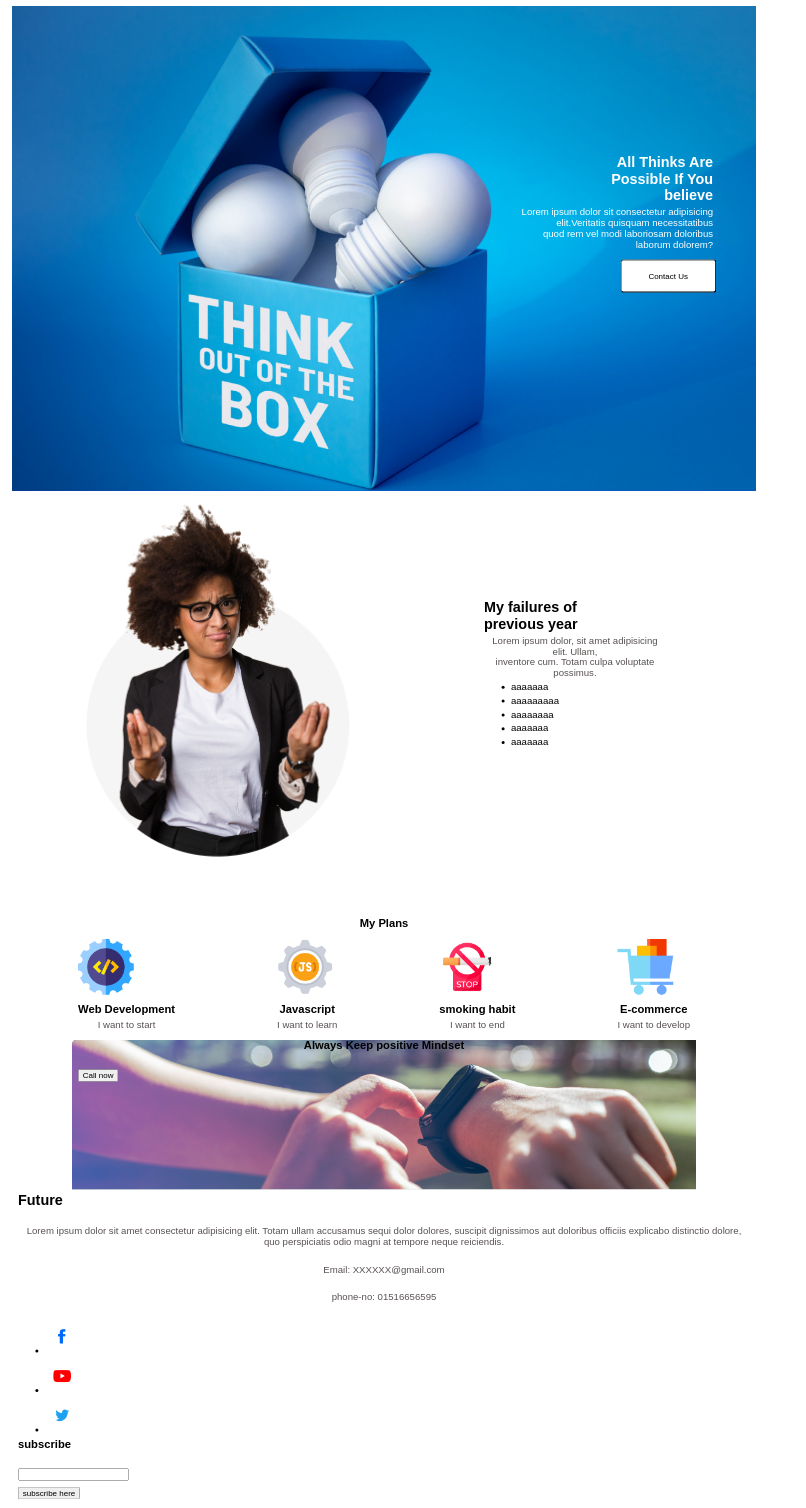
Repository: sadiaafsana138/All-Thinks-Are-Possible-Website
Page: index.html
The author's editor kept a copy of each file at every save. The page is drawn from the files as they stood at one save, then again after the next save.
The browser window is 1280 px wide. The page is 1344 px wide, so the pictures cover 1344 px, including what lies to the right of the window. The pictures show the whole page, at 60% of full size.

Above is the page before, as saved 2023-01-08 11:33:20.

### index.html
<!DOCTYPE html>
<html lang="en">

<head>
    <meta charset="UTF-8">
    <meta http-equiv="X-UA-Compatible" content="IE=edge">
    <meta name="viewport" content="width=device-width, initial-scale=1.0">
    <title>First Website</title>
    <link rel="stylesheet" href="styles/web.css">
</head>

<body>
    <!-- header -->
    <header>
        <section class="section1">
            <div>
                <h1 id="head-text1">
                    All Thinks Are<br>Possible If You<br>believe
                </h1>
                <p id="head-text2" >Lorem ipsum dolor sit consectetur adipisicing<br>elit.Veritatis quisquam necessitatibus <br>quod rem vel modi laboriosam doloribus<br>laborum dolorem?
                </p>
                <button id="button1">
                    Contact Us
                </button>
            </div>
        </section>
    </header>
    <main>
        <!--second section-->
        <section class="section2">
            <div id="sec2details">
                <img id="sec2img" src="images/person.png" alt="person">
                <div id="sec2text">
                    <h2>
                        My failures of <br>
                        previous year
                    </h2>
                    <p>
                        Lorem ipsum dolor, sit amet adipisicing
                        elit. Ullam,<br> inventore cum. Totam culpa voluptate possimus.
                    </p>
                    <ul>
                        <li>aaaaaaa</li>
                        <li>aaaaaaaaa</li>
                        <li>aaaaaaaa</li>
                        <li>aaaaaaa</li>
                        <li>aaaaaaa</li>
                    </ul>
                </div>
            </div>
        </section>

        <!--section 3-->
        <section class="section3">
            <h3>
                My Plans
            </h3>
            <div id="sec3details" >

                <div>
                    <img src="images/icons/web.png" alt="" class="center"><br>
                    <H3>Web Development</H3>
                    <p>I want to start</p>
                </div>
                <div>
                    <img src="images/icons/js.png" alt="" class="center"><br>
                    <H3>Javascript</H3>
                    <p>I want to learn</p>
                </div>
                <div>
                    <img src="images/icons/smoke.png" alt="" class="center"><br>
                    <H3>smoking habit</H3>
                    <p>I want to end</p>
                </div>
                <div>
                    <img src="images/icons/ecom.png" alt="" class="center"><br>
                    <H3>E-commerce</H3>
                    <p>I want to develop</p>
                </div>
            </div>
            <div id="mindset">

                <div id="mindsetxt">
                    <h3 >Always Keep positive Mindset</h3><br>
                    <button id="button2">Call now</button>
                </div>
            </div>
        </section>

    </main>
    <footer>
        <Section>
            <div>
                <h2>Future</h2><br>
                <p>Lorem ipsum dolor sit amet consectetur adipisicing elit. Totam ullam accusamus sequi dolor dolores,
                    suscipit dignissimos aut doloribus officiis explicabo distinctio dolore, quo perspiciatis odio magni
                    at tempore neque reiciendis.
                </p><br>
                <p>Email: XXXXXX@gmail.com</p><br>
                <P>phone-no: 01516656595</P><br>
                <ul>
                    <li><img src="images/icons/fb.png" alt=""></li>
                    <li><img src="images/icons/youtube.png" alt=""></li>
                    <li><img src="images/icons/twitter.png" alt=""></li>
                </ul>
            </div>
            <div>
                <h3>subscribe</h3><br>
                <input type="email" plavceholder="Enter Your Email"><br>
                <button>subscribe here</button>
            </div>
        </Section>
    </footer>
</body>

</html>

### styles/web.css
*{
margin: 5px 5px ;
font-family: Arial, Helvetica, sans-serif;
}
.section1{
    background-image:url(../images/banner/banner3.png);
    height: 808px;
    width:cover;
    background-repeat: no-repeat;
    background-color: blue;

}
#head-text1{
    color: white;
    padding-left: 50% ;
    padding-right:5%;
    padding-top: 20%;
    text-align: right;
    Font-style: Bold;
}
#head-text2{
    color: white;
    padding-left: 50% ;
    padding-right:5%;
    text-align: right;
}
#button1{
    margin-top: 10px;
    width: 160px;
    height: 56px;
    left: 640px;
    top: 438px;
    text-align: center;
    align-items: right;
    background: white;
    border-radius: 5px;
    margin-right: 150px;
    margin-left: 82%;
    align-content: right;
}
#sec2details{
    display: flex;
    width: 1000px;
    height: 700px;
    margin-left: 100px;
    margin-right: 100px;
}
#sec2img{
    align-items: center;

    margin-bottom:20%;
    height: 600px;
    width: 500px;
}
#sec2text{
        text-align: justify;
        margin-left: 20%;
        margin-top: 17%;
        margin-bottom: 20%;
}
.section3 h3,p{
   text-align: center;
}
p{
    color:rgb(88, 81, 81)
}
#sec3details{
    display: flex;
    justify-content: space-between;
    margin-left: 100px;
    margin-right: 100px;
}
#mindset{
    margin-left: 100px;
    margin-right: 100px;
    background-image: url(../images/gradient1.png) ,url(../images/watch.png);
    background-repeat: no-repeat, repeat;
    background-blend-mode: lighten;
    height: 250px;
}

After the next save:
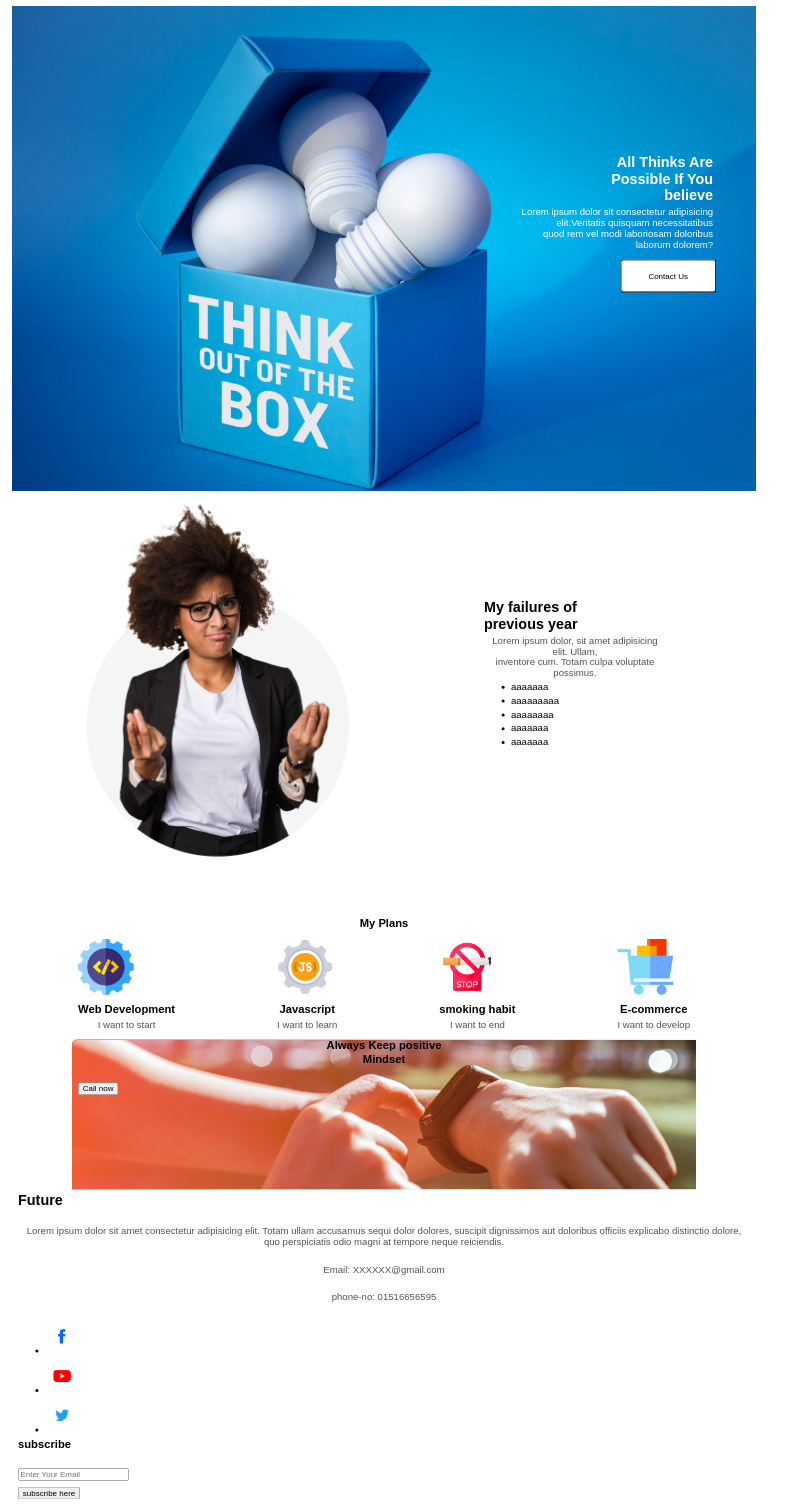
Saved 2 min 0 s later.
--- a/index.html
+++ b/index.html
@@ -81,7 +81,8 @@
             <div id="mindset">
 
                 <div id="mindsetxt">
-                    <h3 >Always Keep positive Mindset</h3><br>
+                    <h3 >Always Keep positive
+                        <br>Mindset</h3><br>
                     <button id="button2">Call now</button>
                 </div>
             </div>
@@ -106,7 +107,7 @@
             </div>
             <div>
                 <h3>subscribe</h3><br>
-                <input type="email" plavceholder="Enter Your Email"><br>
+                <input type="email" placeholder="Enter Your Email"><br>
                 <button>subscribe here</button>
             </div>
         </Section>
--- a/styles/web.css
+++ b/styles/web.css
@@ -73,7 +73,7 @@
 #mindset{
     margin-left: 100px;
     margin-right: 100px;
-    background-image: url(../images/gradient1.png) ,url(../images/watch.png);
+    background-image: url(../images/gradient3.png) ,url(../images/watch.png);
     background-repeat: no-repeat, repeat;
     background-blend-mode: lighten;
     height: 250px;

After the save that followed:
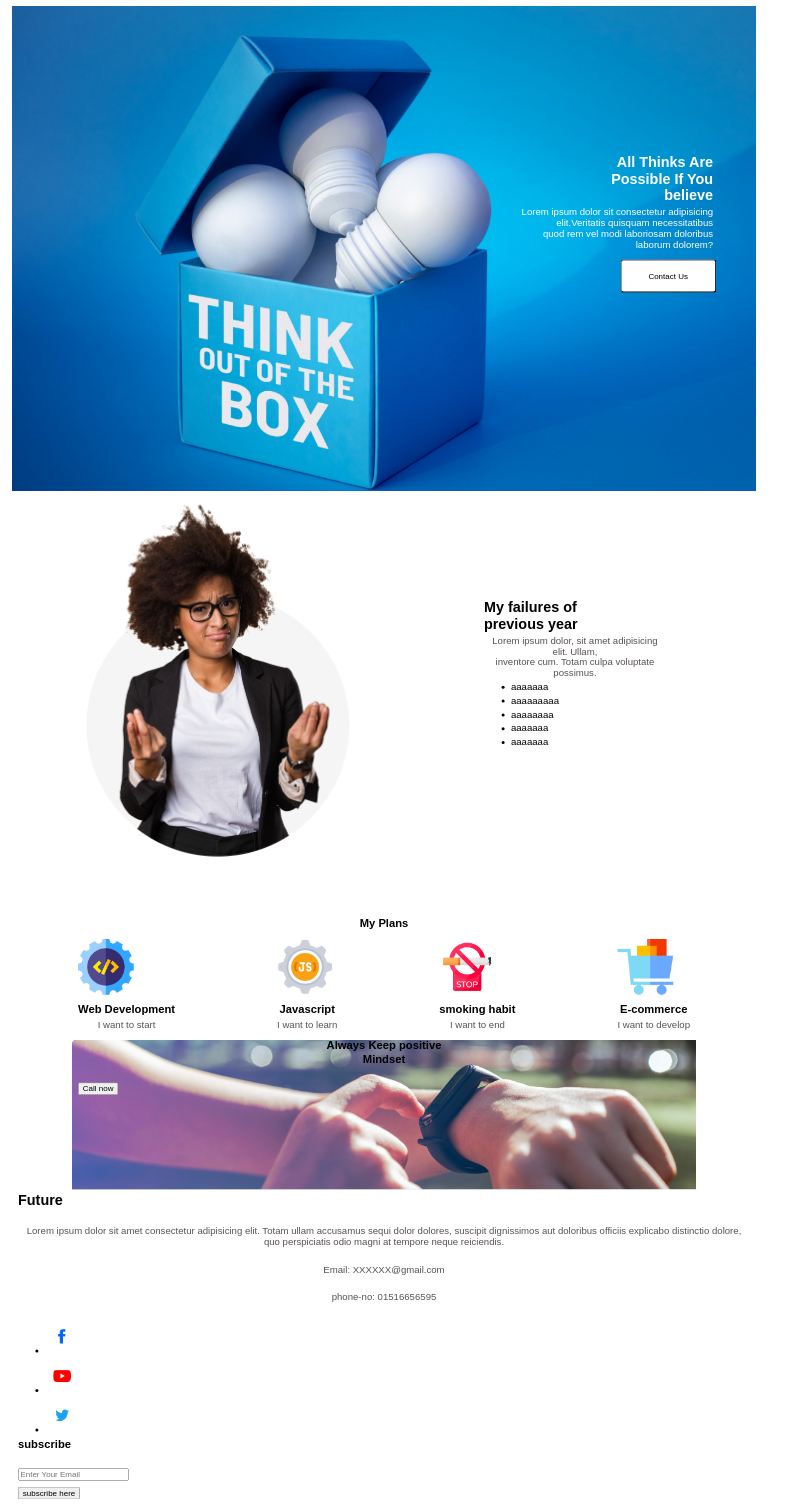
Saved 2 min 54 s later.
--- a/styles/web.css
+++ b/styles/web.css
@@ -73,8 +73,11 @@
 #mindset{
     margin-left: 100px;
     margin-right: 100px;
-    background-image: url(../images/gradient3.png) ,url(../images/watch.png);
+    background-image: url(../images/gradient1.png) ,url(../images/watch.png);
     background-repeat: no-repeat, repeat;
     background-blend-mode: lighten;
     height: 250px;
 }
+#mindsetxt{
+    text-align: left;
+}
